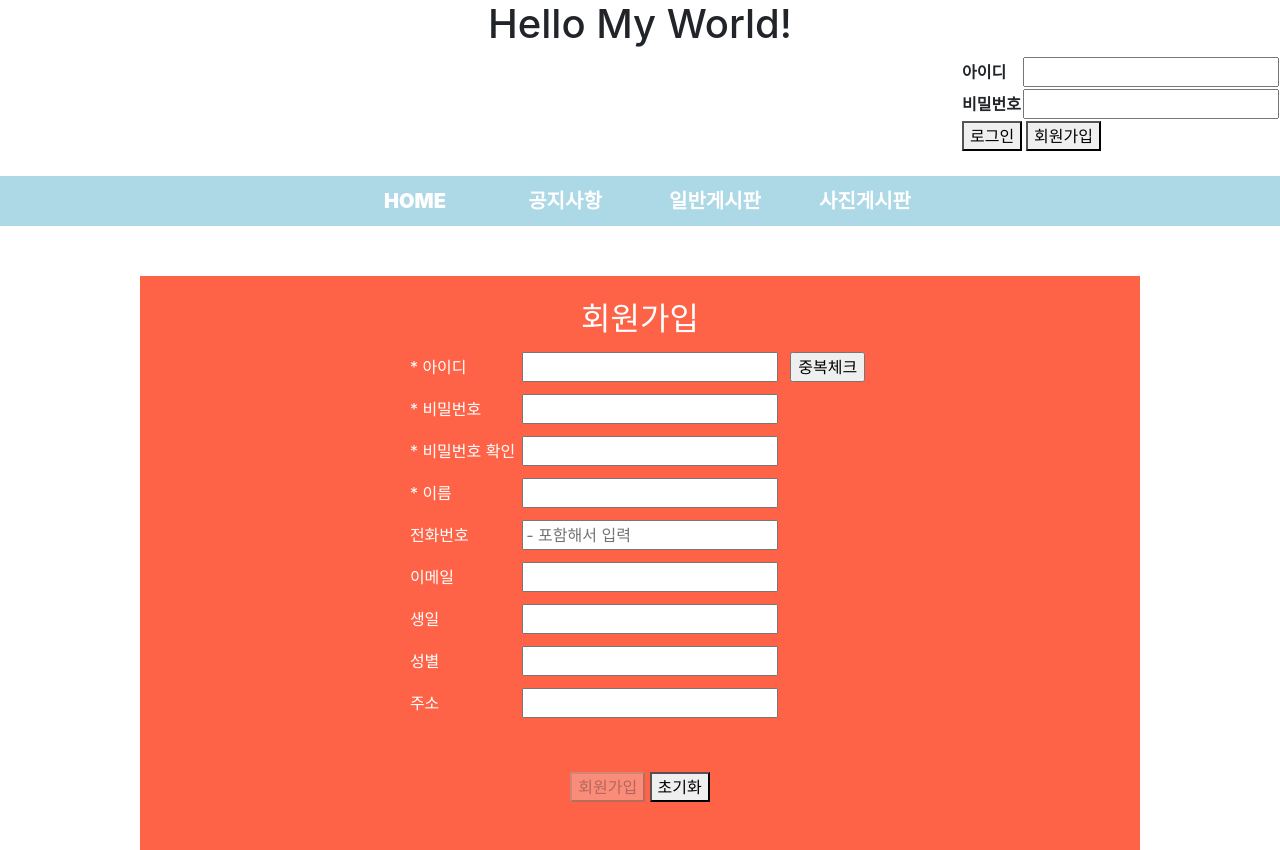
Repository: Developer-Choi-Jae-Young/FrameworkPractice
Page: http://localhost/mybatisProject/enrollForm.me
These files come from the project's save history. The page is drawn as it stood at one moment and after the next save; the edit follows.
The browser window is 1280 px wide. The pictures show the whole page.
The page is served by Tomcat 9.

Above is the page before, as saved 2024-09-04 06:05:58.

After the next save:
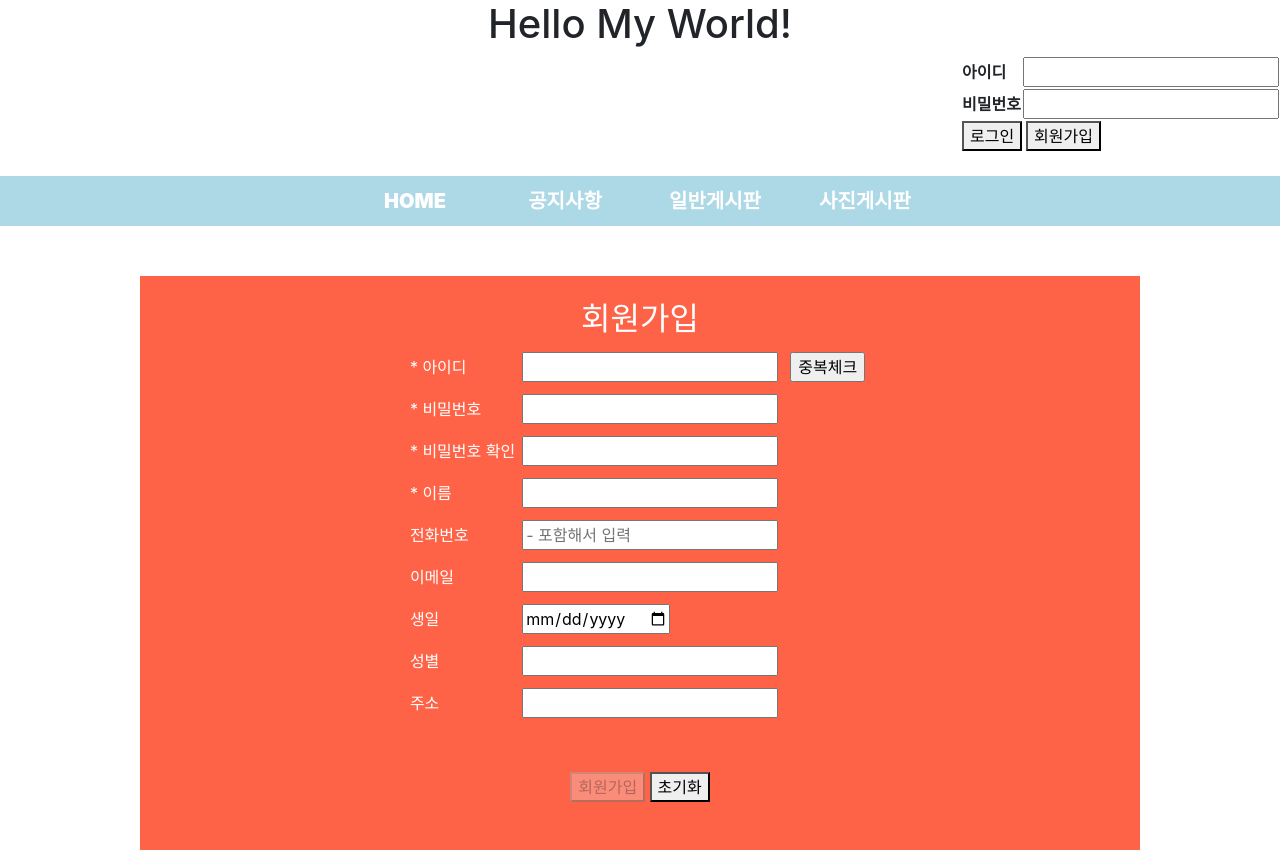
Saved 6 s later.
--- a/mybatis/mybatisProject/webapp/WEB-INF/views/member/memberEnrollForm.jsp
+++ b/mybatis/mybatisProject/webapp/WEB-INF/views/member/memberEnrollForm.jsp
@@ -77,7 +77,7 @@
 				<tr>
 					<td>생일</td>
 					<td>
-						<input type="text" name="address">
+						<input type="date" name="address">
 					</td>
 				</tr>
 				<tr>
